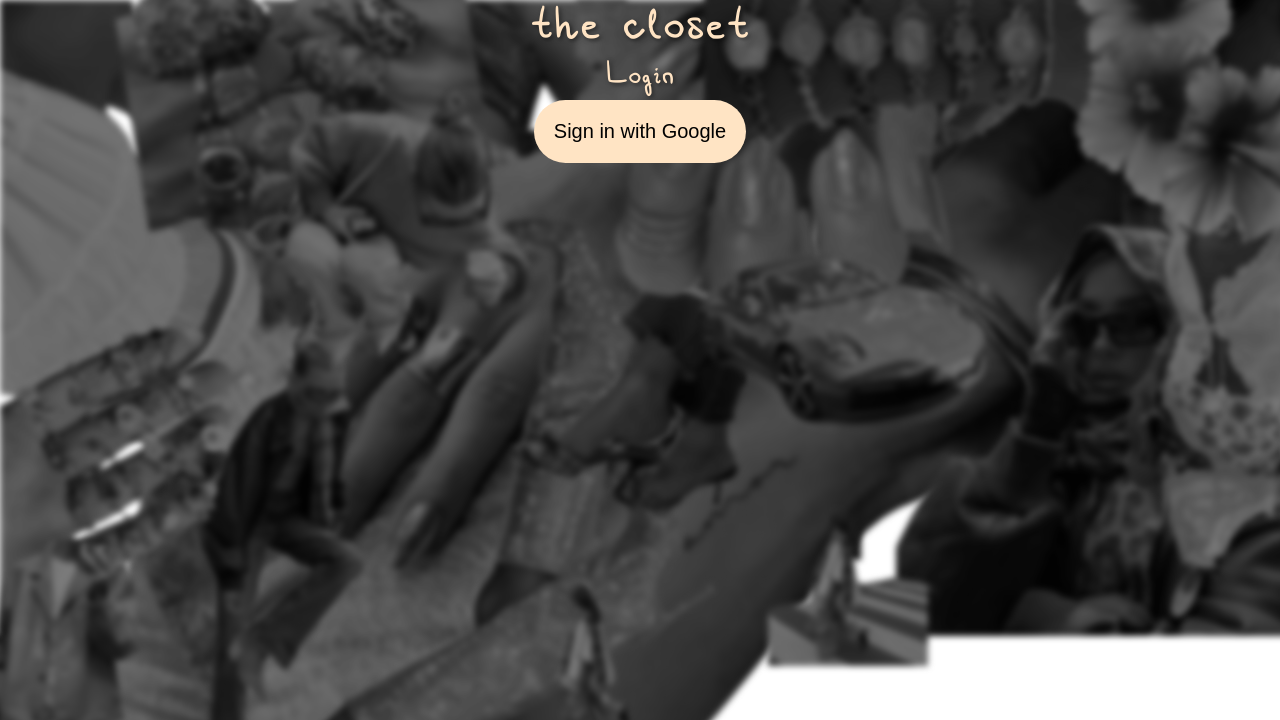
Repository: karla-sikavica/theCloset
Page: / (app in frontend/)
The author's editor kept a copy of each file at every save. The page is drawn from the files as they stood at one save, then again after the next save.
The browser window is 1280 px wide. The pictures show the whole page.
The project was rebuilt for these pictures with package versions that can differ from the ones it lists, and the page was loaded fresh each time. Also part of the build but not shown: frontend/vite.config.ts.

Above is the page before, as saved 2025-03-29 16:04:39.

After the next save:
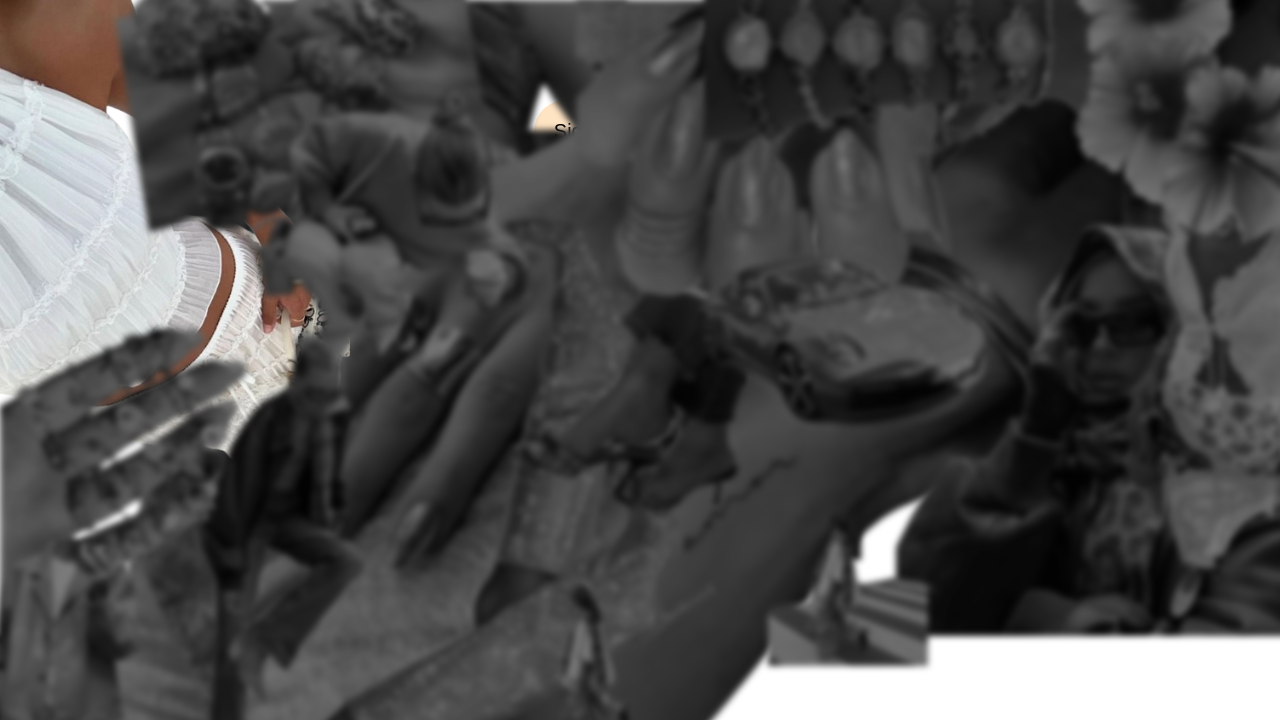
Saved 78 s later.
--- a/frontend/src/App.css
+++ b/frontend/src/App.css
@@ -19,12 +19,12 @@
 }
 
 /* Optional: to make sure your app content appears above the collage */
-.main-content {
+/* .main-content {
   position: relative;
   z-index: 10;
   pointer-events: auto;
   height: 100%;
-}
+} */
 
 /*
 body::before {

After the 2 saves that followed:
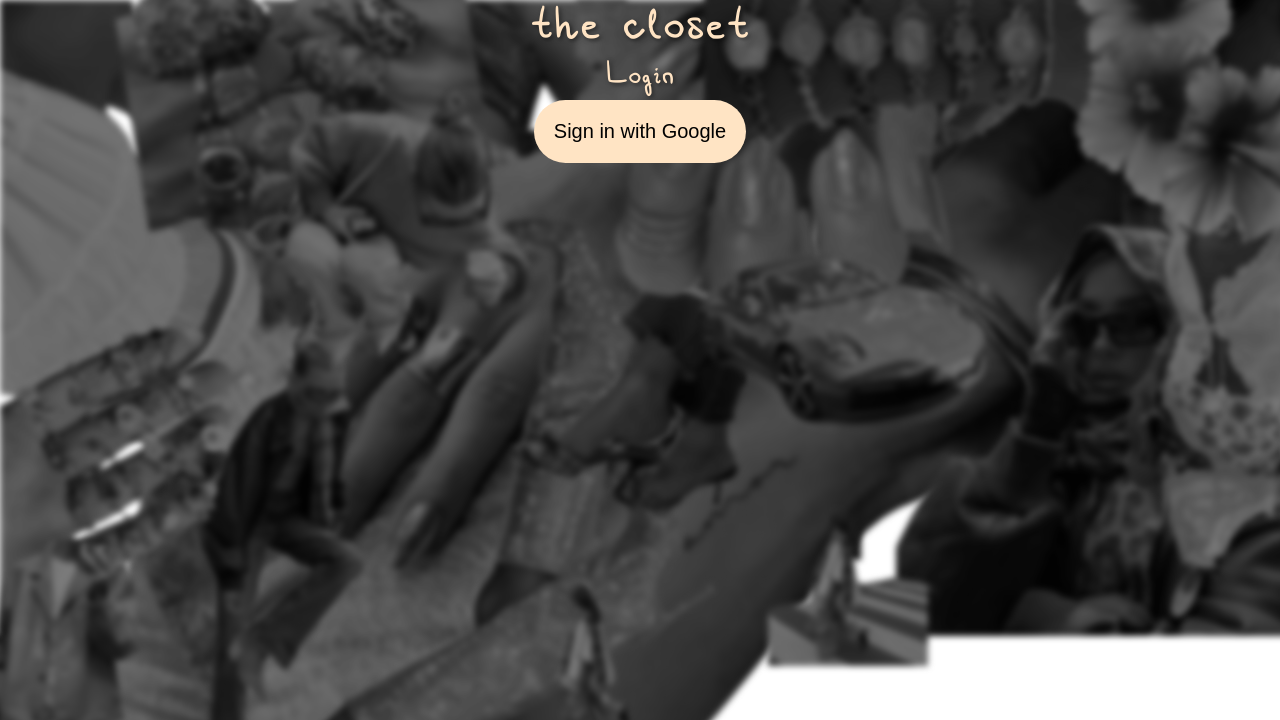
The 2 saves are shown as one change because 1 left the picture as it was.
The last was saved 35 s later.
--- a/frontend/src/App.css
+++ b/frontend/src/App.css
@@ -19,12 +19,13 @@
 }
 
 /* Optional: to make sure your app content appears above the collage */
-/* .main-content {
-  position: relative;
+.main-content {
   z-index: 10;
-  pointer-events: auto;
-  height: 100%;
-} */
+
+   position: relative;
+  /*pointer-events: auto;
+  height: 100%; */
+}
 
 /*
 body::before {
